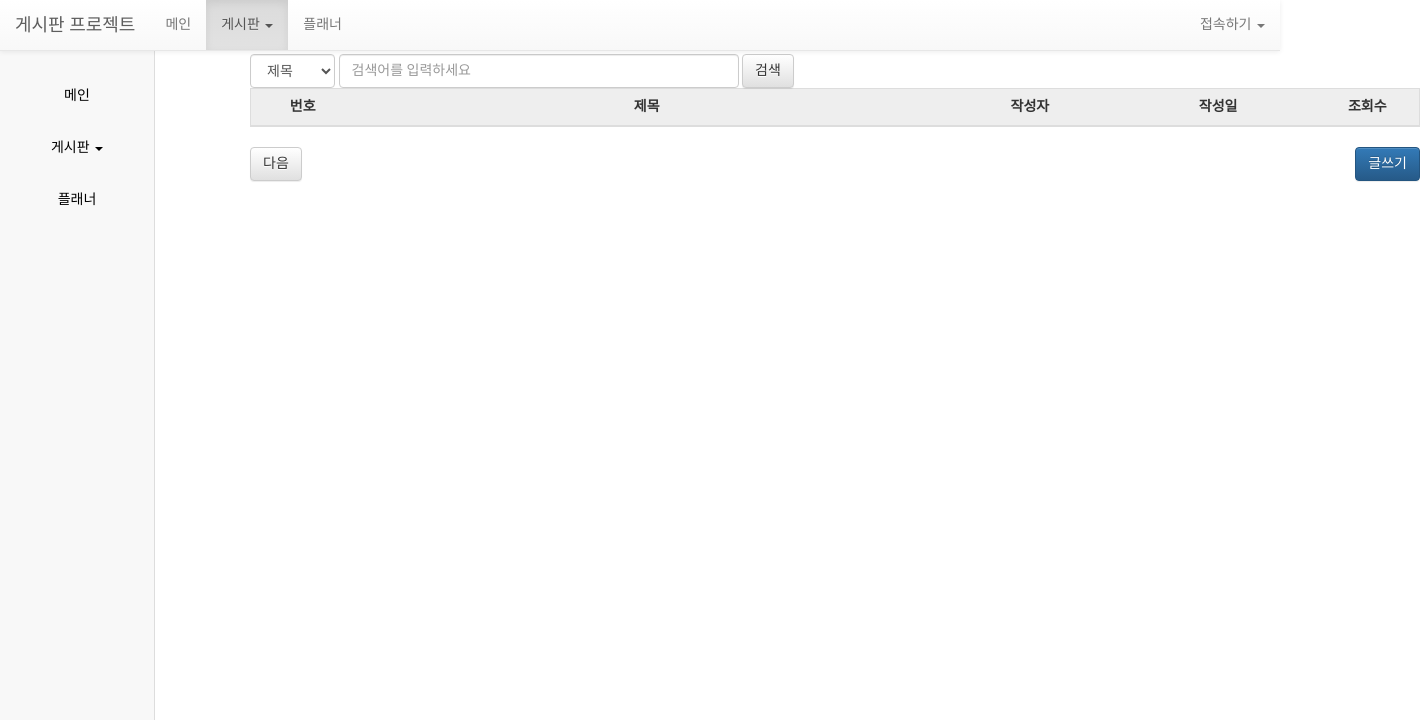
Repository: Seok7975/Project_PlannerSharingBoard
Page: http://localhost/ToDoList공유_게시판_ver3/bbs.jsp?bbsCategory=all
The author's editor kept a copy of each file at every save. The page is drawn from the files as they stood at one save, then again after the next save.
The browser window is 1280 px wide. The page is 1420 px wide, then 1280 px, then 1420 px, so the pictures cover 1420 px, including what lies to the right of the window. The pictures show the whole page.
Some web fonts or font styles are not loaded; a fallback is used. Some web libraries are served in a nearby version. The page is served by Tomcat 9. Queries for data that is not in the repository find no rows.

Above is the page before, as saved 2024-07-05 01:47:07.

After the next save:
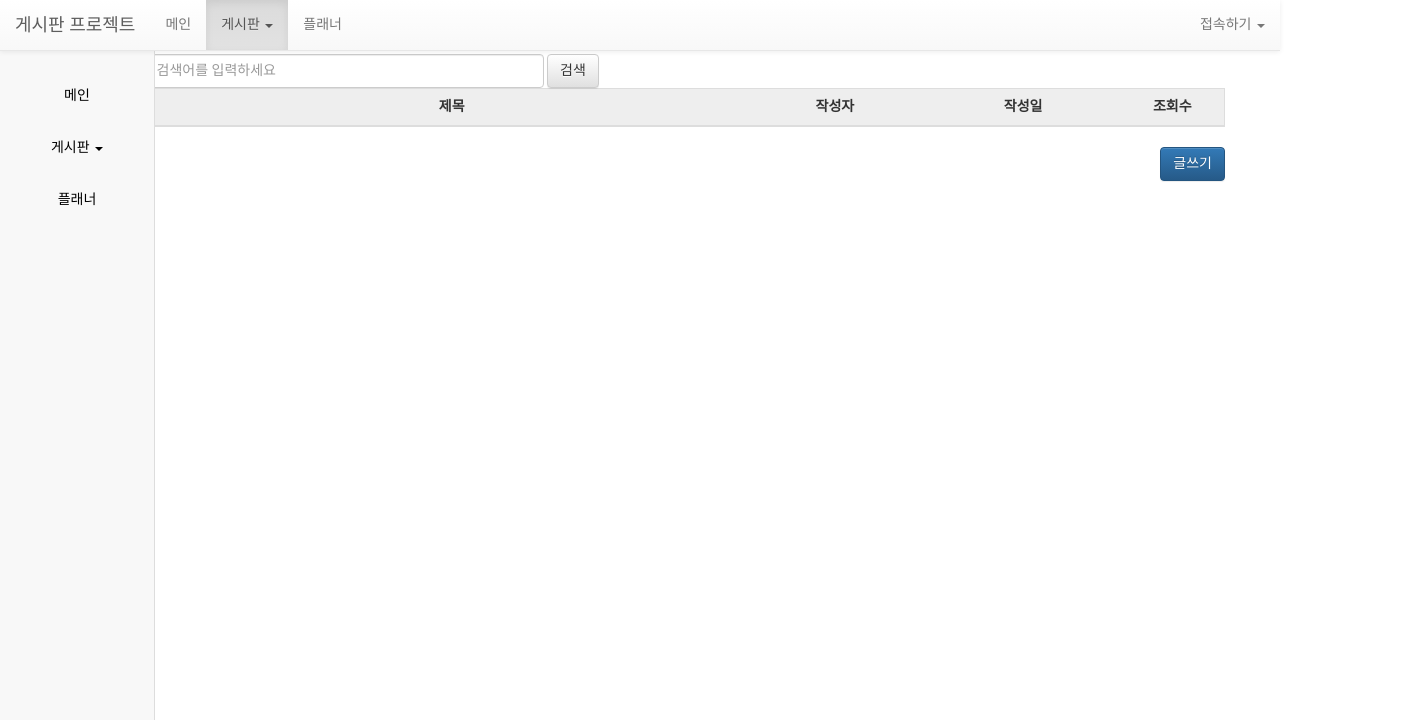
Saved 34 s later.
--- a/List_Projects_ver3/ToDoList공유 게시판_ver3/src/main/webapp/css/bbsStyle.css
+++ b/List_Projects_ver3/ToDoList공유 게시판_ver3/src/main/webapp/css/bbsStyle.css
@@ -37,19 +37,19 @@
 .sidebar.show {
     left: 0;
 }
-
-        /* 메인 콘텐츠 스타일 */
+/*
+        메인 콘텐츠 스타일
         .main-content {
-            margin-left: 250px; /* 기본 사이드바 너비만큼 마진 */
+            margin-left: 250px; 기본 사이드바 너비만큼 마진
             transition: margin-left 0.3s;
         }
 
-        /* 작은 화면에서 메인 콘텐츠 마진 조정 */
+        작은 화면에서 메인 콘텐츠 마진 조정
         @media (max-width: 768px) {
             .main-content {
                 margin-left: 0;
             }
-        }
+        } */
 
 .sidebar a {
     display: block;

After the save that followed:
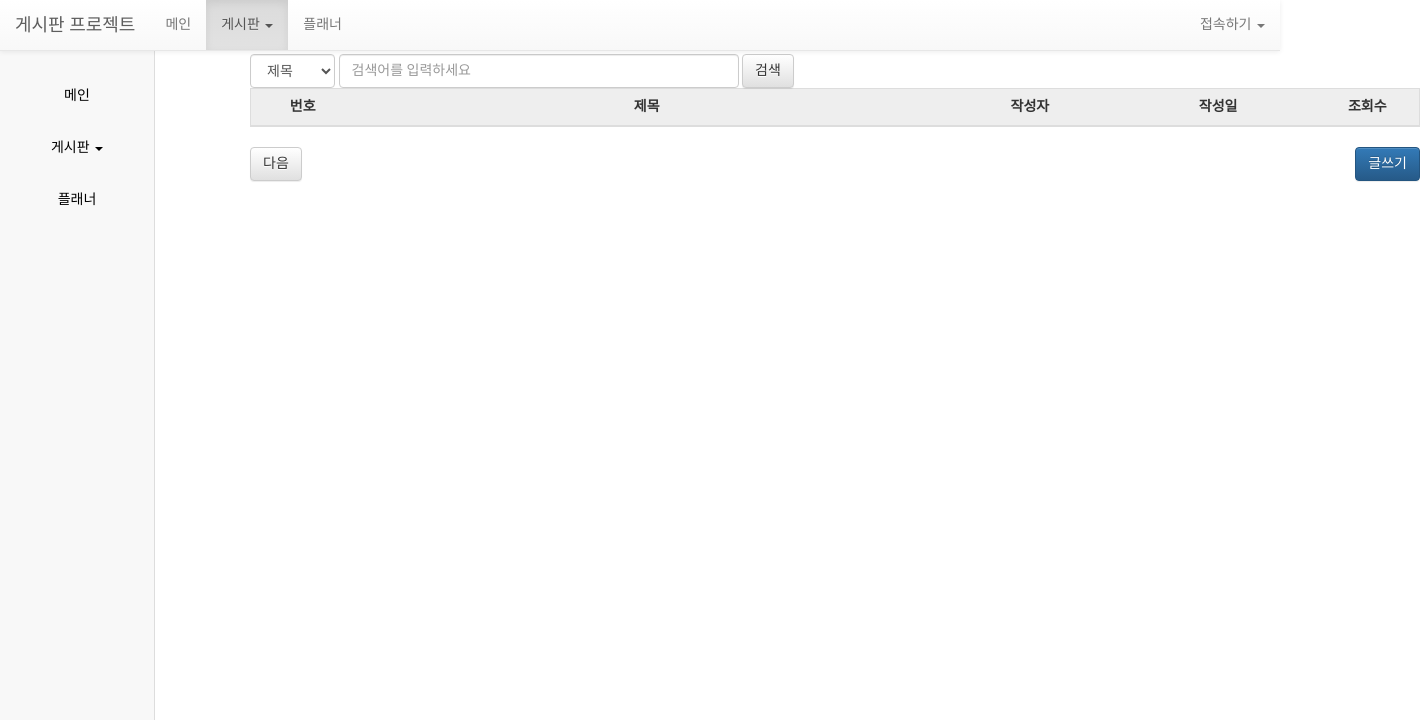
Saved 16 s later.
--- a/List_Projects_ver3/ToDoList공유 게시판_ver3/src/main/webapp/css/bbsStyle.css
+++ b/List_Projects_ver3/ToDoList공유 게시판_ver3/src/main/webapp/css/bbsStyle.css
@@ -37,19 +37,19 @@
 .sidebar.show {
     left: 0;
 }
-/*
-        메인 콘텐츠 스타일
+
+        /* 메인 콘텐츠 스타일 */
         .main-content {
-            margin-left: 250px; 기본 사이드바 너비만큼 마진
+            margin-left: 250px; /* 기본 사이드바 너비만큼 마진 */
             transition: margin-left 0.3s;
         }
 
-        작은 화면에서 메인 콘텐츠 마진 조정
+        /* 작은 화면에서 메인 콘텐츠 마진 조정 */
         @media (max-width: 768px) {
             .main-content {
                 margin-left: 0;
             }
-        } */
+        }
 
 .sidebar a {
     display: block;
